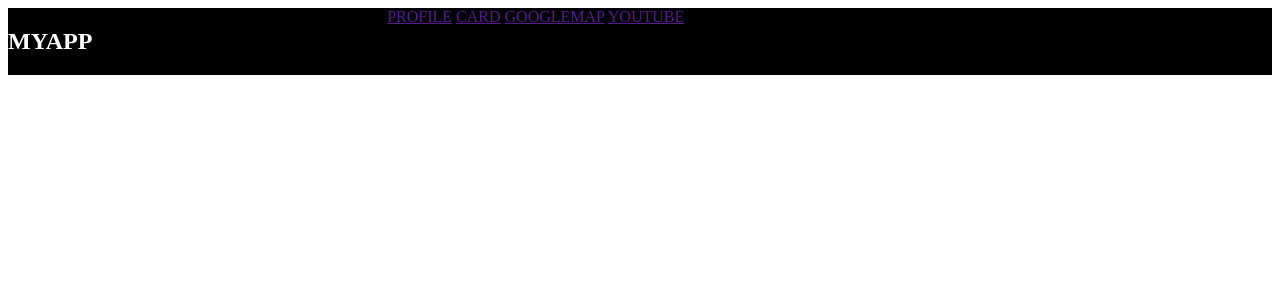
Repository: arindamslt/JEECoding
Page: JEE_FRONTEND/src/main/webapp/10Nav.html
These files come from the project's save history. The page is drawn as it stood at one moment and after the next save; the edit follows.
The browser window is 1280 px wide. The pictures show the whole page.

Above is the page before, as saved 2025-07-15 14:33:58.

### JEE_FRONTEND/src/main/webapp/10Nav.html
<!DOCTYPE html>
<html>
<head>
<meta charset="ISO-8859-1">
<title>NAV </title>
<link rel="stylesheet" href="Nav.css"/>
</head>
<body>
<div id="mnConatiner">

	<div id="lftContainer">
		<h2>MYAPP</h2>
	</div>
	<div id="rghtContainer">
		<a href="" target="_blank">PROFILE</a>
		<a href="" target="_blank">CARD</a>
		<a href="" target="_blank">GOOGLEMAP</a>
		<a href="" target="_blank">YOUTUBE</a>
	</div>
</div>
</body>
</html>

### JEE_FRONTEND/src/main/webapp/Nav.css
#mnConatiner{
	/*background-color: red;*/
	display: flex;
}
#lftContainer{
	background-color:black;
	color: white;
	width: 30%;
}
#rghtContainer{
	background-color:black;
	color: white;
	width:70%;
}

After the next save:
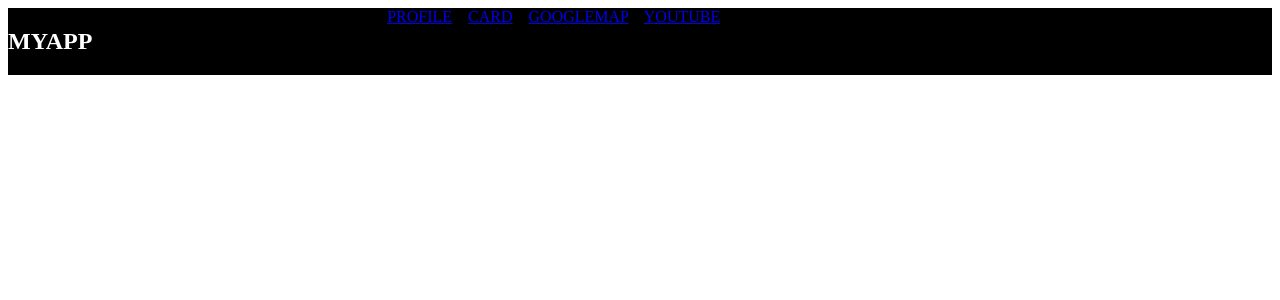
Saved 2 min 50 s later.
--- a/JEE_FRONTEND/src/main/webapp/10Nav.html
+++ b/JEE_FRONTEND/src/main/webapp/10Nav.html
@@ -12,10 +12,10 @@
 		<h2>MYAPP</h2>
 	</div>
 	<div id="rghtContainer">
-		<a href="" target="_blank">PROFILE</a>
-		<a href="" target="_blank">CARD</a>
-		<a href="" target="_blank">GOOGLEMAP</a>
-		<a href="" target="_blank">YOUTUBE</a>
+		<a href="09ProfileCSS.html" target="_blank">PROFILE</a> &nbsp;&nbsp;
+		<a href="08CardCSS.html" target="_blank">CARD</a> &nbsp;&nbsp;
+		<a href="11GoogleMapIntegration.html" target="_blank">GOOGLEMAP</a> &nbsp;&nbsp;
+		<a href="12YouTubeIntegration.html" target="_blank">YOUTUBE</a> &nbsp;&nbsp;
 	</div>
 </div>
 </body>
